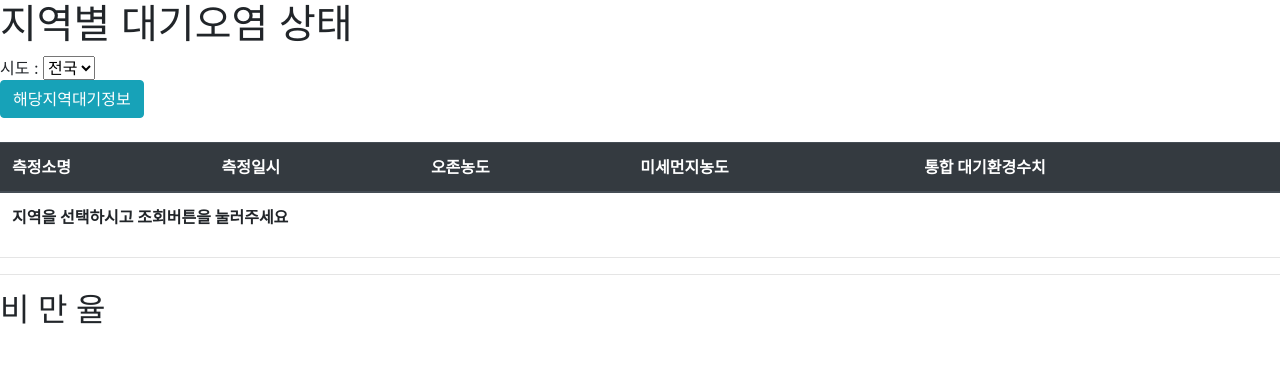
Repository: LeeSeongWook1/semi_Spring
Page: http://localhost/apiProject/
These files come from the project's save history. The page is drawn as it stood at one moment and after the next save; the edit follows.
The browser window is 1280 px wide. The pictures show the whole page.
The page is served by Tomcat 9.

Above is the page before, as saved 2024-04-25 07:48:46.

After the next save:
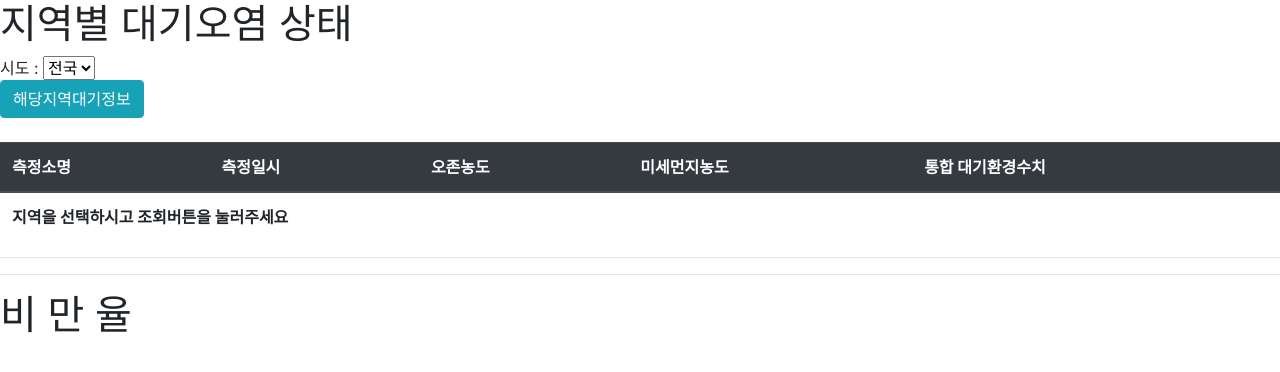
Saved 17 s later.
--- a/apiProject/src/main/webapp/index.jsp
+++ b/apiProject/src/main/webapp/index.jsp
@@ -157,6 +157,6 @@
 
 	<hr><hr>
 
-	<h2>비 만 율</h2>
+	<h1>비 만 율</h2>
 </body>
 </html>
